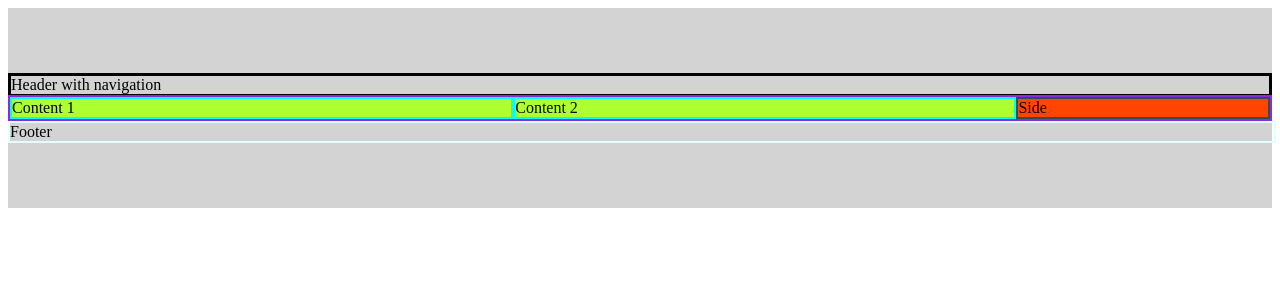
Repository: julihocc/javascript-interview-practice
Page: 01 HTML CSS/Exercise 74/index.html
These files come from the project's save history. The page is drawn as it stood at one moment and after the next save; the edit follows.
The browser window is 1280 px wide. The pictures show the whole page.

Above is the page before, as saved 2022-09-18 19:02:52.

After the next save:
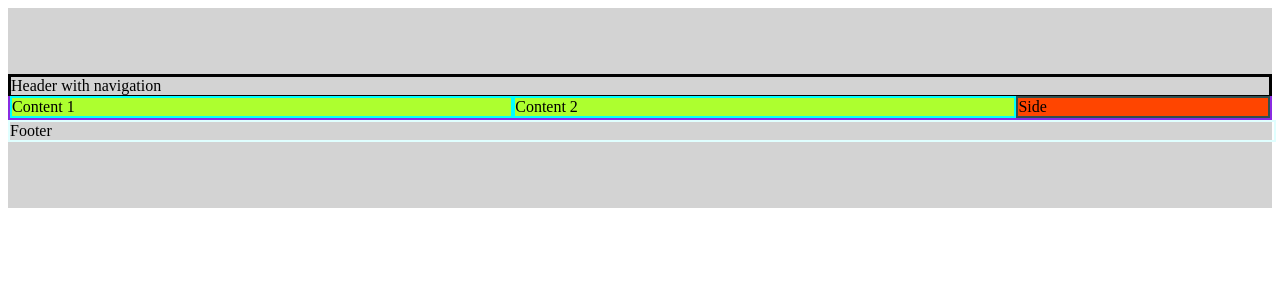
Saved 2 s later.
--- a/01 HTML CSS/Exercise 74/styles.css
+++ b/01 HTML CSS/Exercise 74/styles.css
@@ -22,7 +22,7 @@ header {
 }
 
 .container div{
-    margin-top:
+    margin-top: -2px
 }
 
 .content {
